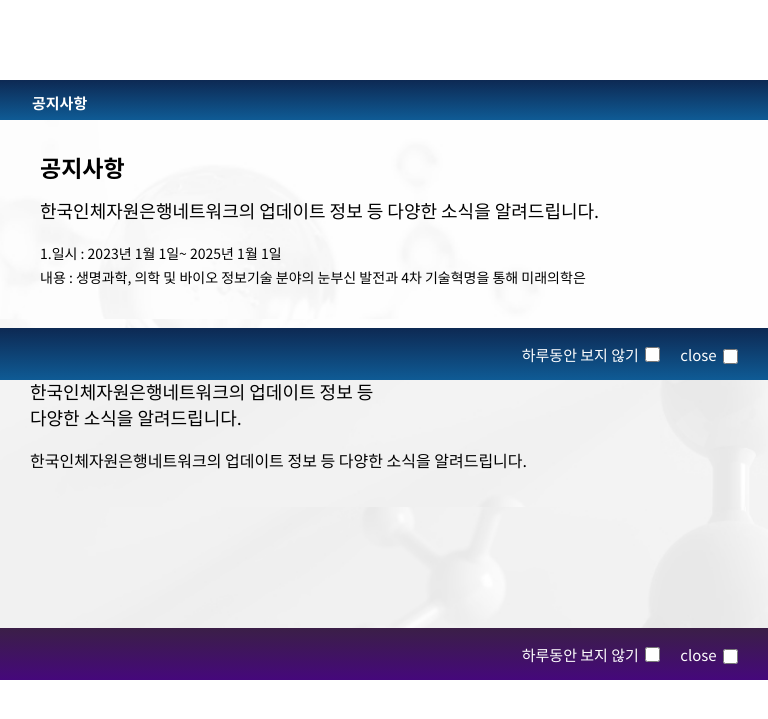
Repository: dlgywls1130/common_popup
Page: index.html
These files come from the project's save history. The page is drawn as it stood at one moment and after the next save; the edit follows.
The browser window is 768 px wide. The pictures show the whole page.

Above is the page before, as saved 2023-10-26 01:03:55.

After the next save:
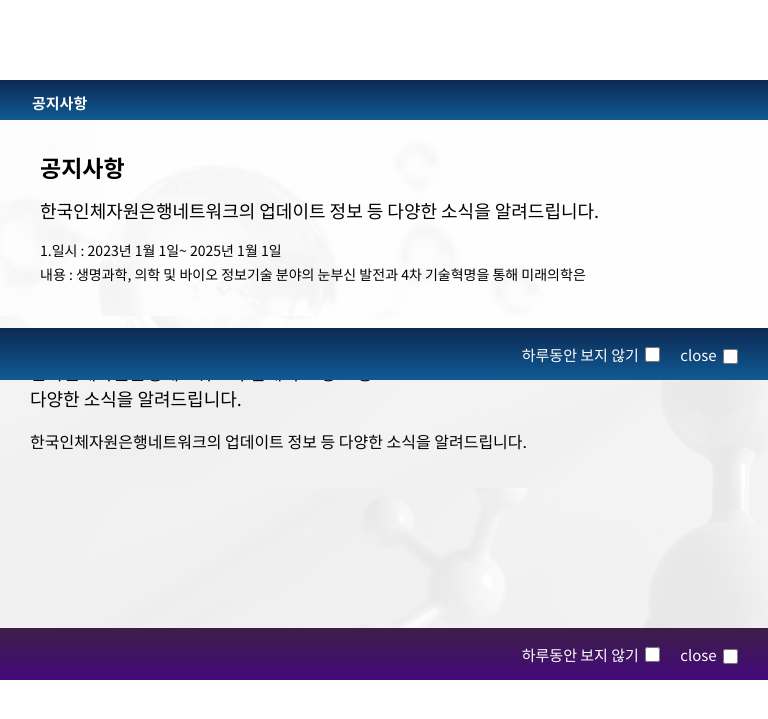
Saved 30 s later.
--- a/style.css
+++ b/style.css
@@ -249,4 +249,8 @@ time, mark, audio, video {
     .common_modal.purple .common_body{
         padding: 35px 30px;
     }
-}
+
+    .mb-34{
+        margin-bottom: 15px;
+    }
+}
